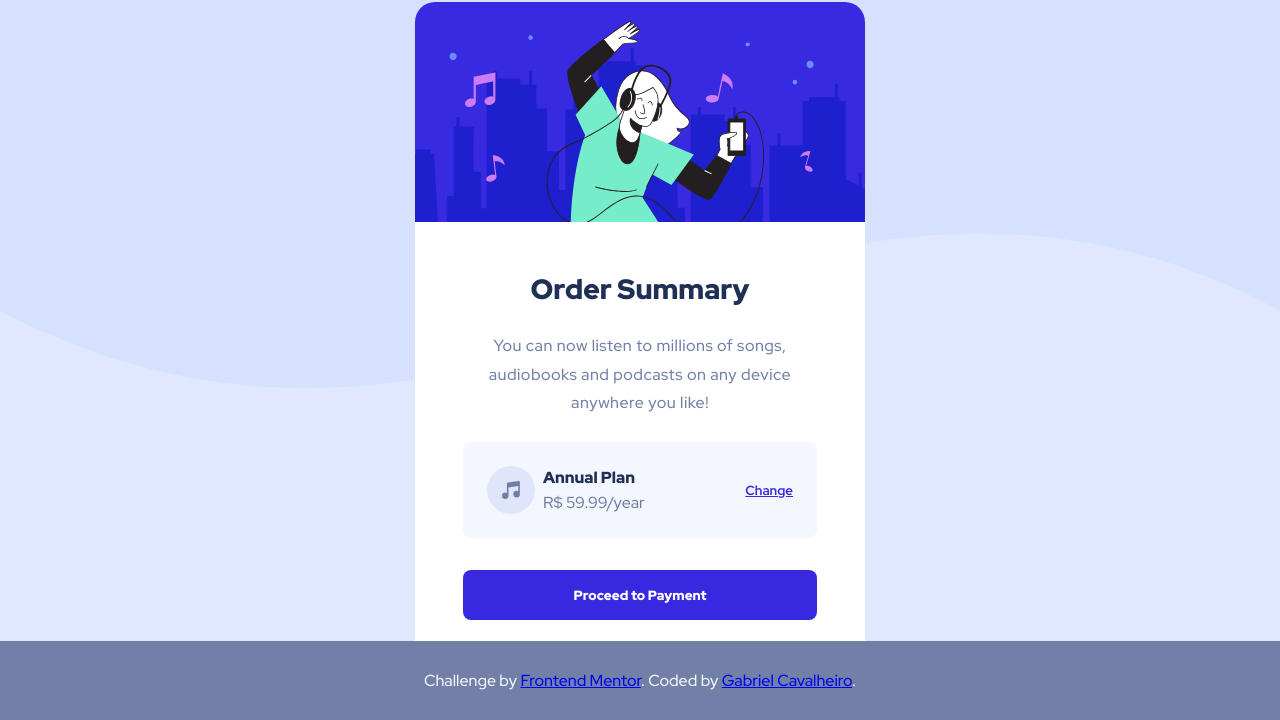
Repository: gccavalheiro/order-summary-card
Page: index.html
These files come from the project's save history. The page is drawn as it stood at one moment and after the next save; the edit follows.
The browser window is 1280 px wide. The pictures show the whole page.

Above is the page before, as saved 2021-12-17 02:51:13.

After the next save:
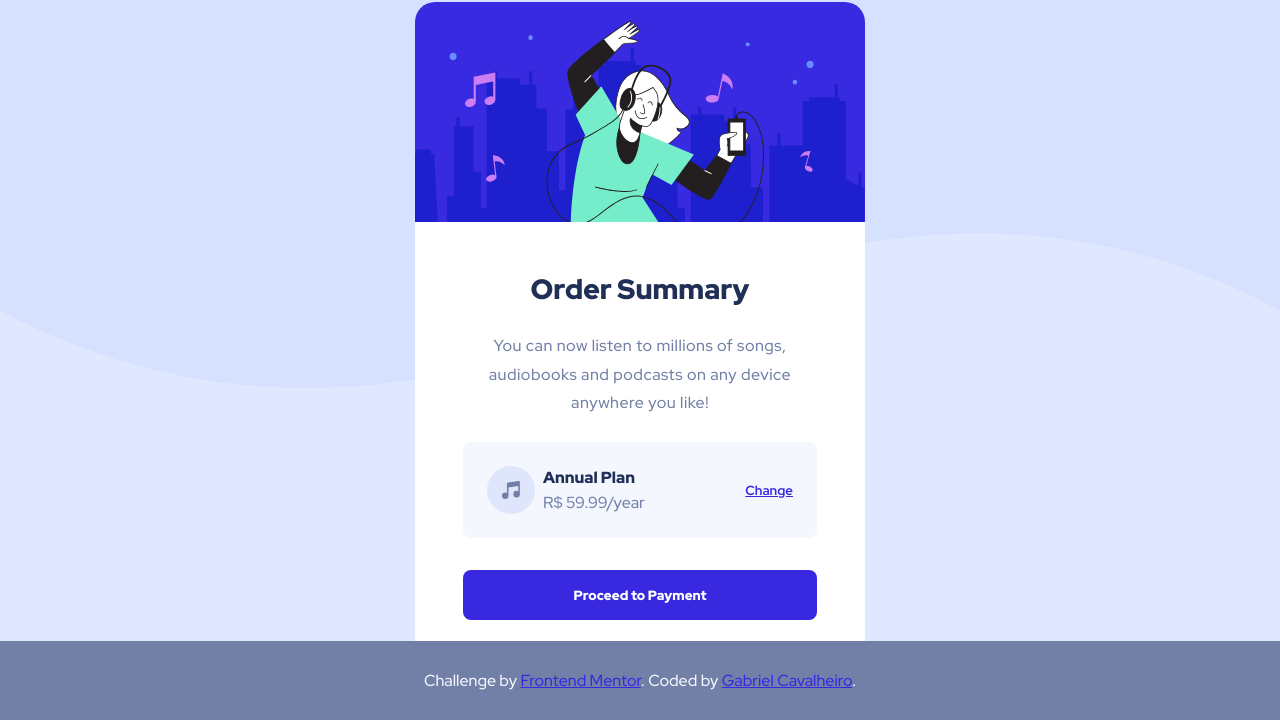
Saved 30 s later.
--- a/assets/css/main.css
+++ b/assets/css/main.css
@@ -30,6 +30,10 @@ body {
 
 img {
   width: 100%;
+}
+
+a {
+  color: var(--secondary-bright-blue);
 }
 
 button {
@@ -180,8 +184,6 @@ main {
   color: var(--dark-blue);
 }
 
-
-
 footer {
   display: flex;
   align-items: center;
@@ -195,7 +197,6 @@ footer {
   color: var(--very-pale-blue);
   text-align: center;
   line-height: 23px;
-
 }
 
 footer p {
